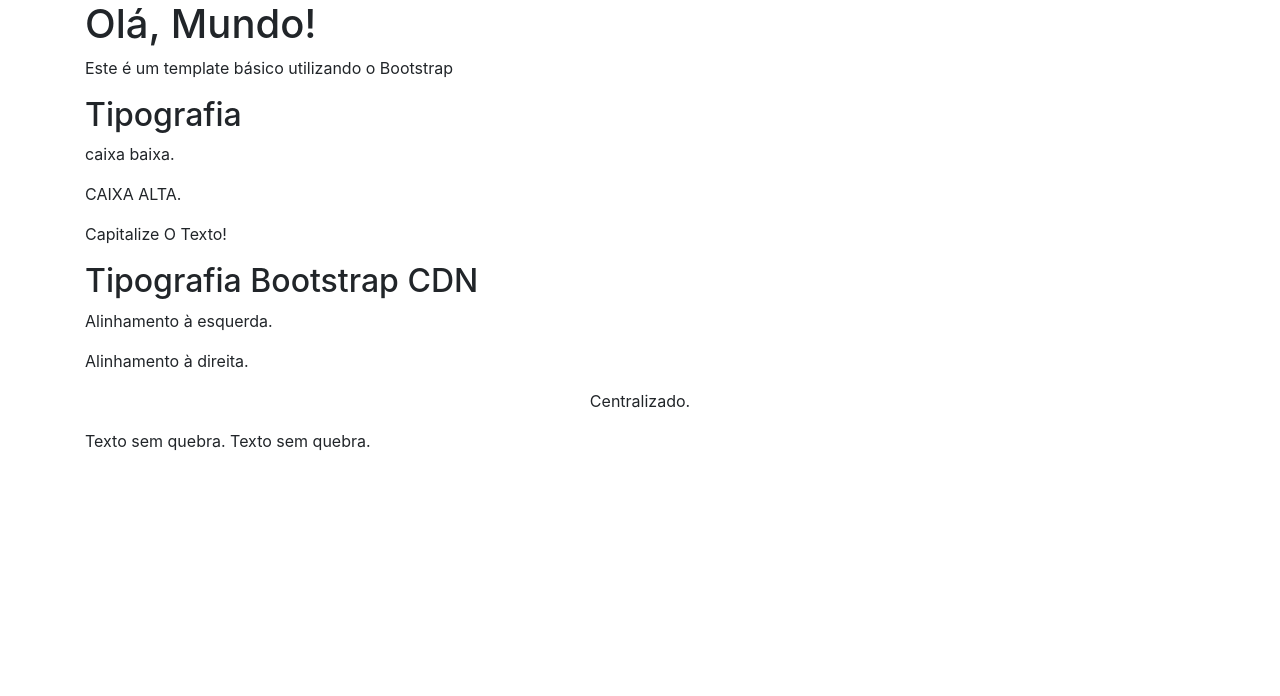
Repository: In-Game-full/Reprograme-se
Page: S-3/Aula-11(associação de CSS)/Praticas sugeridas/index.html
The author's editor kept a copy of each file at every save. The page is drawn from the files as they stood at one save, then again after the next save.
The browser window is 1280 px wide. The pictures show the whole page.
Some web libraries are served in a nearby version.

Above is the page before, as saved 2023-08-02 09:26:20.
Console error (its wording comes from the project's code and is left out).

### S-3/Aula-11(associação de CSS)/Praticas sugeridas/index.html
<!DOCTYPE html>

<html lang="pt-br">

<head>

    <meta charset="utf-8">

    <meta http-equiv="X-UA-Compatible" content="IE=edge">

    <title>Bootstrap Starter Template - Exemplo Trybe </title>

    <meta name="viewport" content="width=device-width, initial-scale=1">

    <!-- Bootstrap CSS -->
    <link rel="stylesheet" type="text/css"
        href="https://maxcdn.bootstrapcdn.com/bootstrap/4.0.0-beta.2/css/bootstrap.min.css">

    <!-- Bootstrap JS -->
    <script src="https://maxcdn.bootstrapcdn.com/bootstrap/3.3.7/js/bootstrap.min.js"></script>

</head>

<body>

    <div class="container">

        <h1>Olá, Mundo!</h1>

        <p>Este é um template básico utilizando o Bootstrap</p>

    </div>
    <!-- Classes de capitalização -->
    <div class="container mt-3">
        <h2>Tipografia</h2>
        <p class="text-lowercase">Caixa Baixa.</p>
        <p class="text-uppercase">Caixa Alta.</p>
        <p class="text-capitalize">Capitalize o texto!</p>
    </div>
    <!-- Tipografia -->
    <div class="container mt-3">
        <h2>Tipografia Bootstrap CDN</h2>
        <p class="text-start">Alinhamento à esquerda.</p>
        <p class="text-end">Alinhamento à direita.</p>
        <p class="text-center">Centralizado.</p>
        <p class="text-nowrap">Texto sem quebra. Texto sem quebra. </p>
    </div>
    <!-- Classes de Alinhamento -->

    <!-- --------------------------- -->

    <script src="https://code.jquery.com/jquery-3.2.1.slim.min.js"></script>

    <script src="https://cdnjs.cloudflare.com/ajax/libs/popper.js/1.14.3/umd/popper.min.js"></script>

    <script src="https://maxcdn.bootstrapcdn.com/bootstrap/4.0.0-beta.2/js/bootstrap.min.js"></script>

</body>

</html>

After the next save:
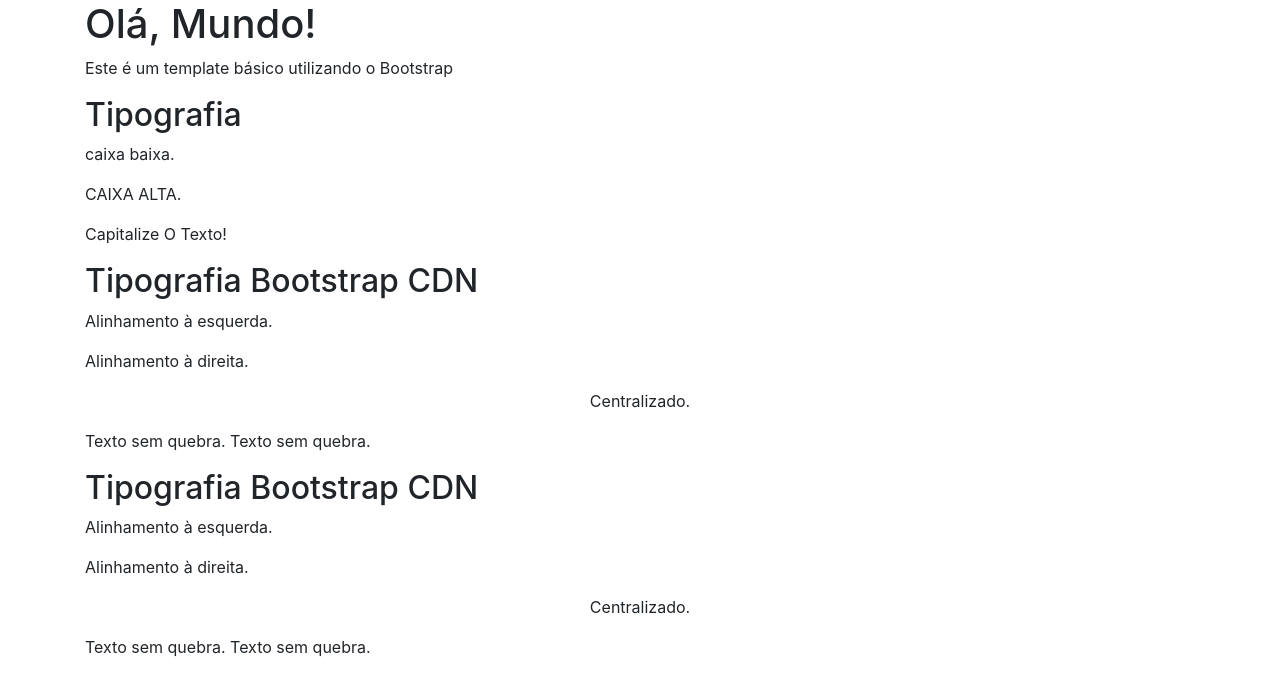
Saved 7 s later.
--- a/S-3/Aula-11(associação de CSS)/Praticas sugeridas/index.html
+++ b/S-3/Aula-11(associação de CSS)/Praticas sugeridas/index.html
@@ -46,7 +46,13 @@
         <p class="text-nowrap">Texto sem quebra. Texto sem quebra. </p>
     </div>
     <!-- Classes de Alinhamento -->
-
+    <div class="container mt-3">
+        <h2>Tipografia Bootstrap CDN</h2>
+        <p class="text-start">Alinhamento à esquerda.</p>
+        <p class="text-end">Alinhamento à direita.</p>
+        <p class="text-center">Centralizado.</p>
+        <p class="text-nowrap">Texto sem quebra. Texto sem quebra. </p>
+    </div>
     <!-- --------------------------- -->
 
     <script src="https://code.jquery.com/jquery-3.2.1.slim.min.js"></script>
